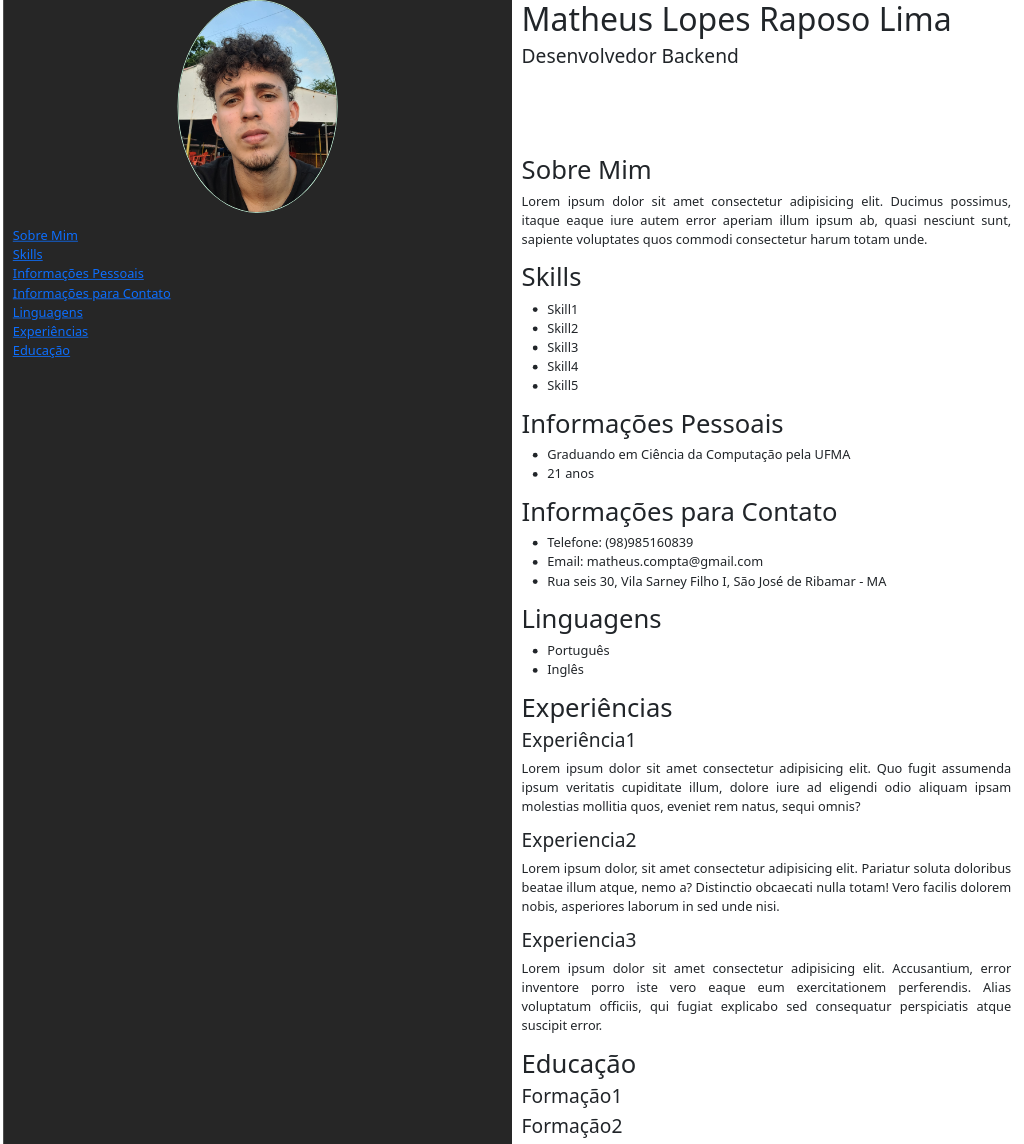
Repository: MaatheusRaposo/Curriculo_Web
Page: index.html
These files come from the project's save history. The page is drawn as it stood at one moment and after the next save; the edit follows.
The browser window is 1280 px wide. The pictures show the whole page, at 80% of full size.
An inner scrolling area shows only its first screen.

Above is the page before, as saved 2026-05-28 01:19:32.

After the next save:
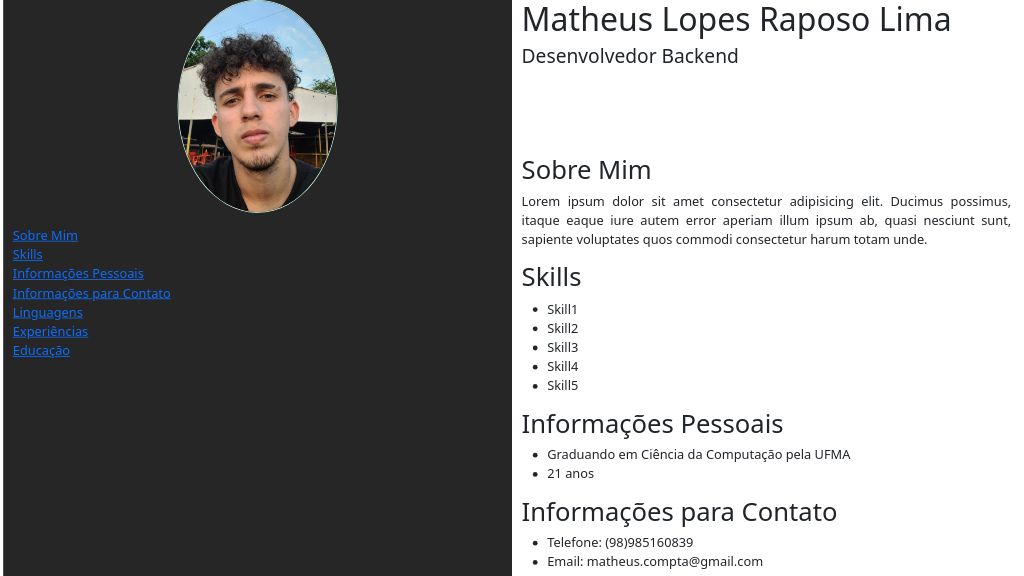
Saved 4 min 55 s later.
--- a/assets/css/style.css
+++ b/assets/css/style.css
@@ -6,7 +6,11 @@
 
 #coluna-esquerda {
     background-color: #262626;
-    position: sticky;
+}
+
+#coluna-direita {
+    overflow-y: auto;
+    height: 100vh;
 }
 
 @media screen and (min-width: 768px) {
